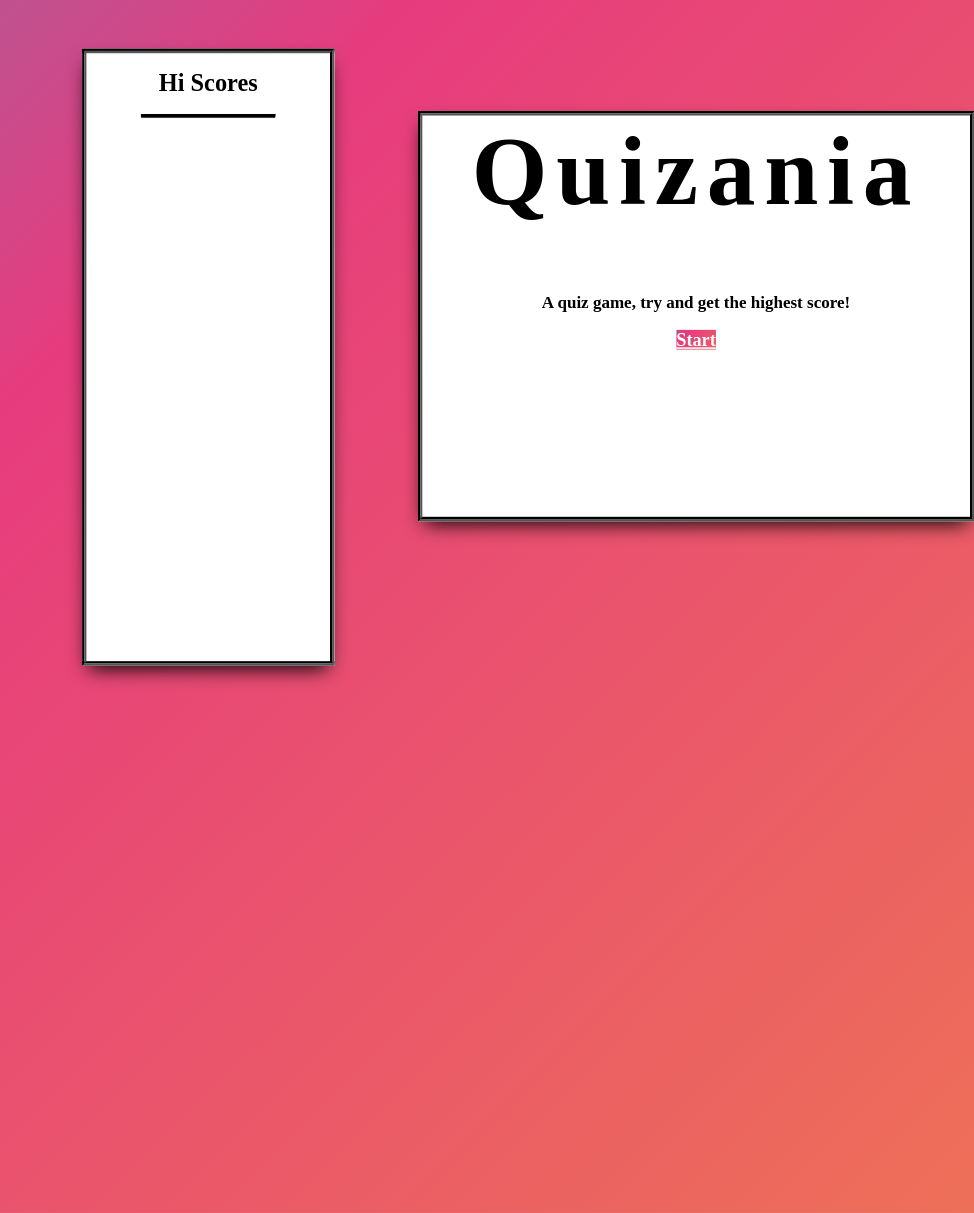
Repository: PatrickTheCodeGuy/QuizApp
Page: / (app in quizapp/)
An editor plug-in stored every save of this project. The page is shown before and after the next save, followed by the edit.
The browser window is 1280 px wide. The page is 1282 px wide, so the pictures cover 1282 px, including what lies to the right of the window. The pictures show the whole page, at 76% of full size.
The project was rebuilt for these pictures with package versions that can differ from the ones it lists, and the page was loaded fresh each time. A package was used in the major version that the imports need, not the one package.json lists. Also part of the build but not shown: quizapp/src/components/GameInfo/GameInfo.css, quizapp/src/components/GameInfo/GameInfo.js.

Above is the page before, as saved 2021-07-08 18:06:28.

After the next save:
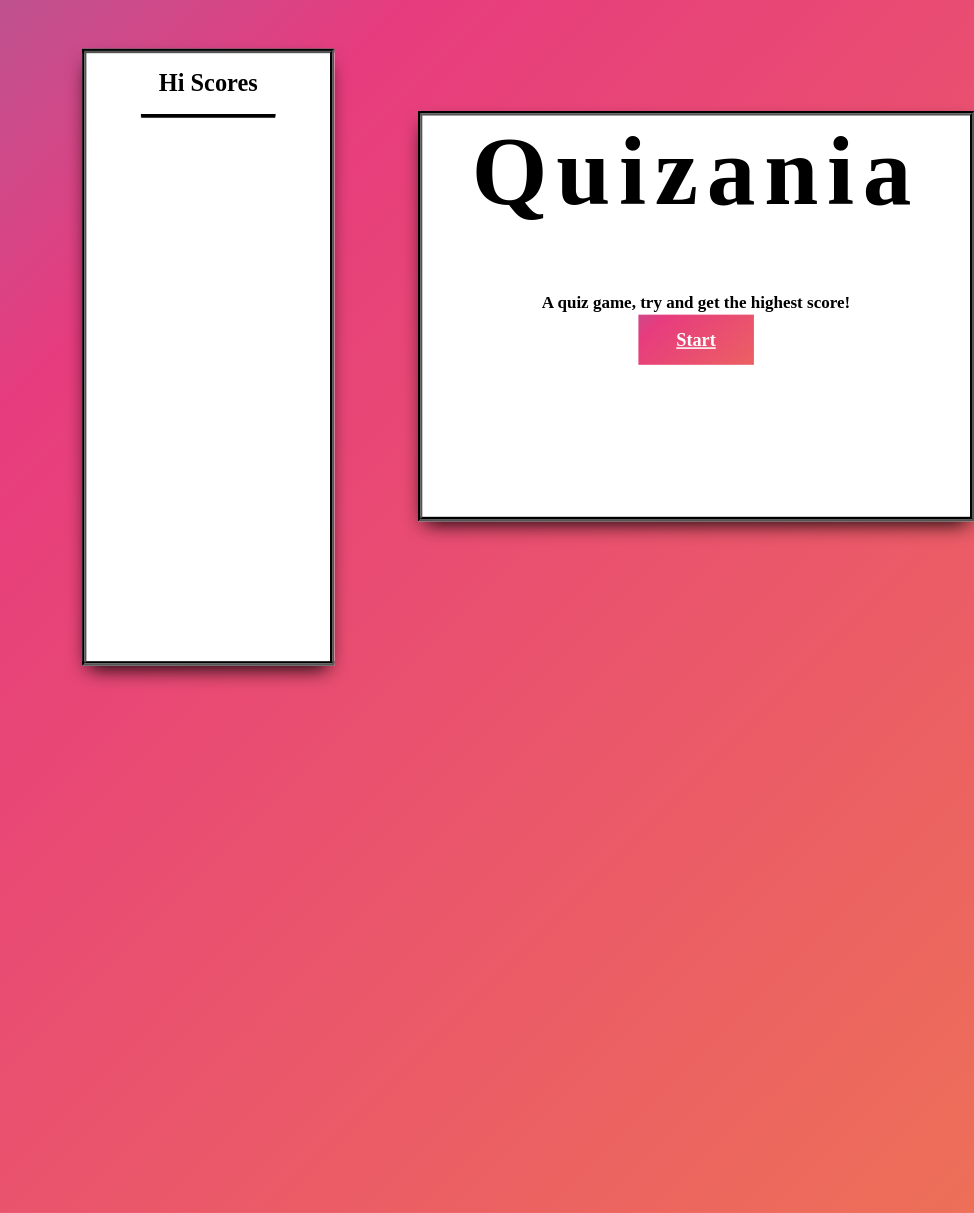
Saved 3 min 48 s later.
--- a/quizapp/src/components/StartMenu/StartMenu.css
+++ b/quizapp/src/components/StartMenu/StartMenu.css
@@ -12,7 +12,7 @@
 }
 
 .button-start{
-    width: 30%;
+    padding: 20px 50px;
     font-family: 'Press Start 2P', cursive;
     height: 12%;
     background: linear-gradient(-42deg, #ee7752, #e73c7e, #23a6d5, #23d5ab);
